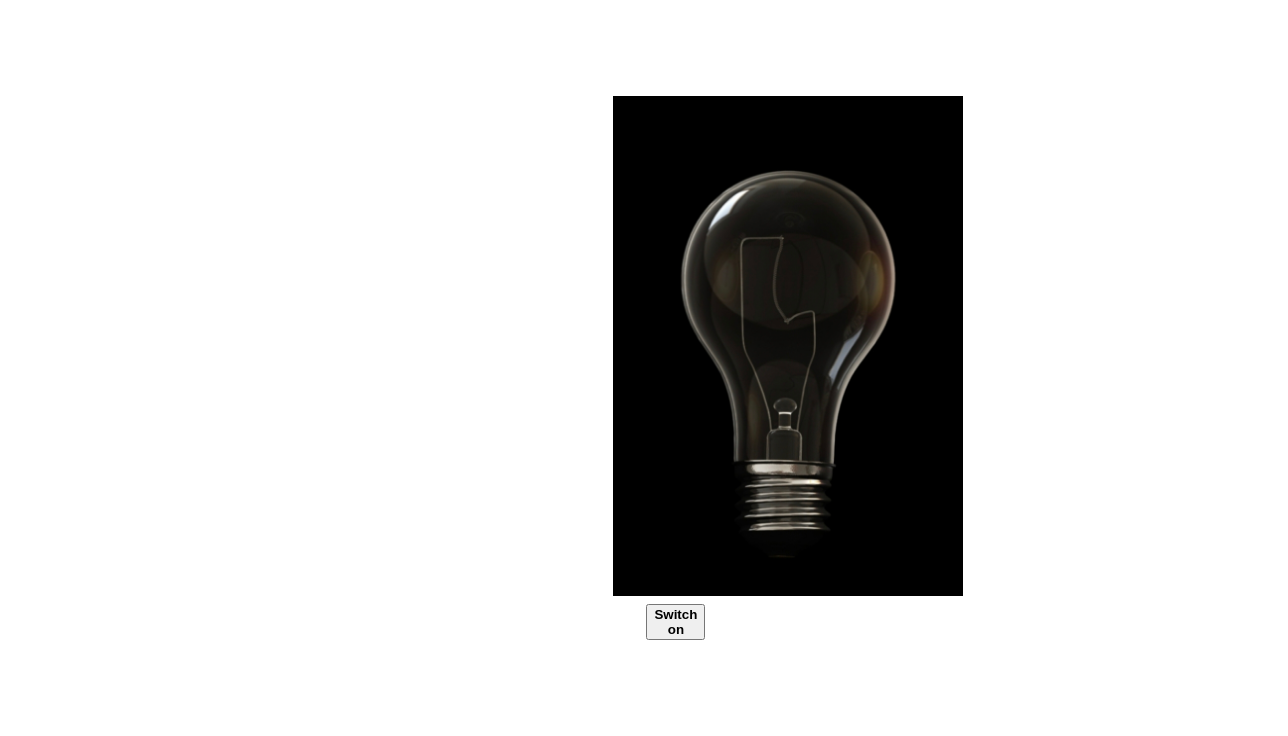
Repository: JunaidAnsari202/bulb
Page: index.html
The author's editor kept a copy of each file at every save. The page is drawn from the files as they stood at one save, then again after the next save.
The browser window is 1280 px wide. The page is 1288 px wide, so the pictures cover 1288 px, including what lies to the right of the window. The pictures show the whole page.

Above is the page before, as saved 2023-10-27 17:44:24.

After the next save:
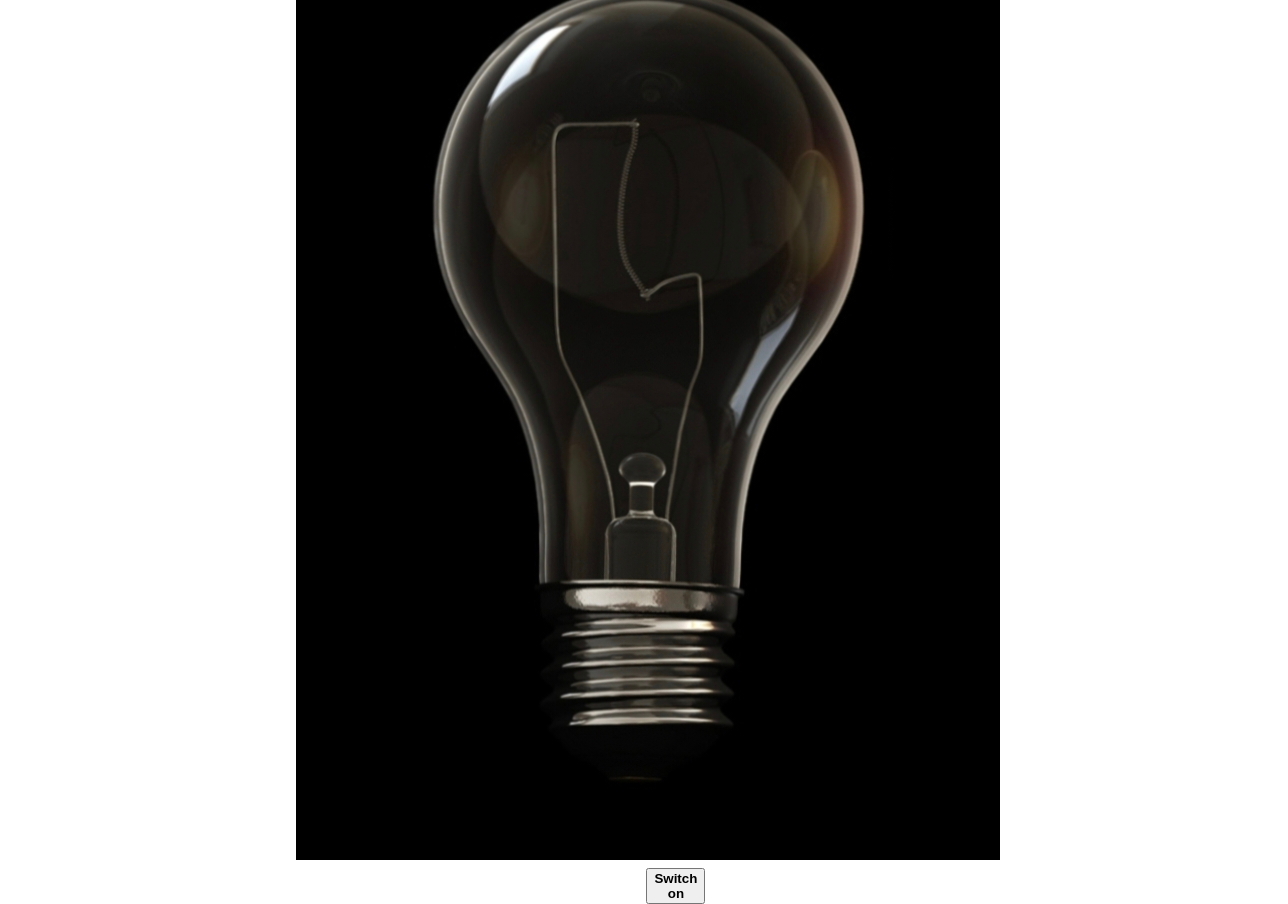
Saved 30 s later.
--- a/style.css
+++ b/style.css
@@ -10,9 +10,7 @@
 }
 
 .bulb{
-   margin-left: 40%;
-    height: 500px;
-    width: 350px;
+
 }
 
 

After the save that followed:
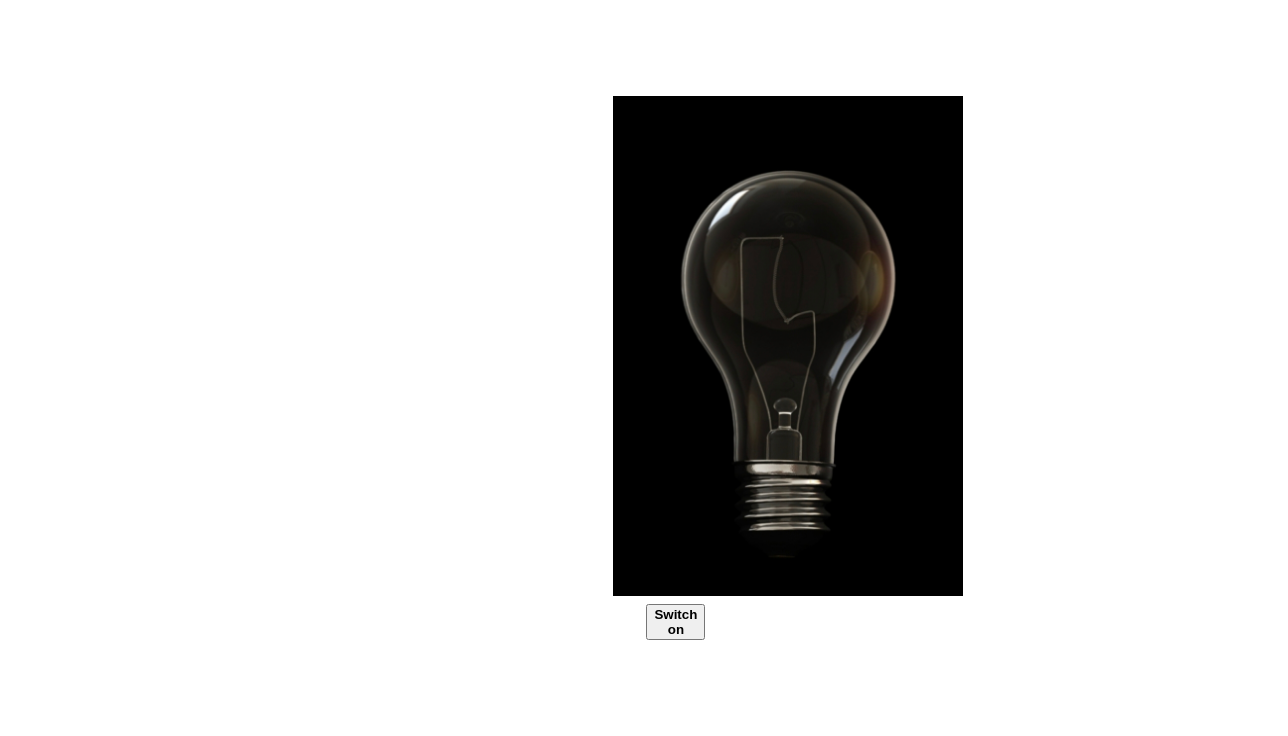
Saved 5 s later.
--- a/style.css
+++ b/style.css
@@ -10,7 +10,9 @@
 }
 
 .bulb{
-
+   margin-left: 40%;
+    height: 500px;
+    width: 350px;
 }
 
 
